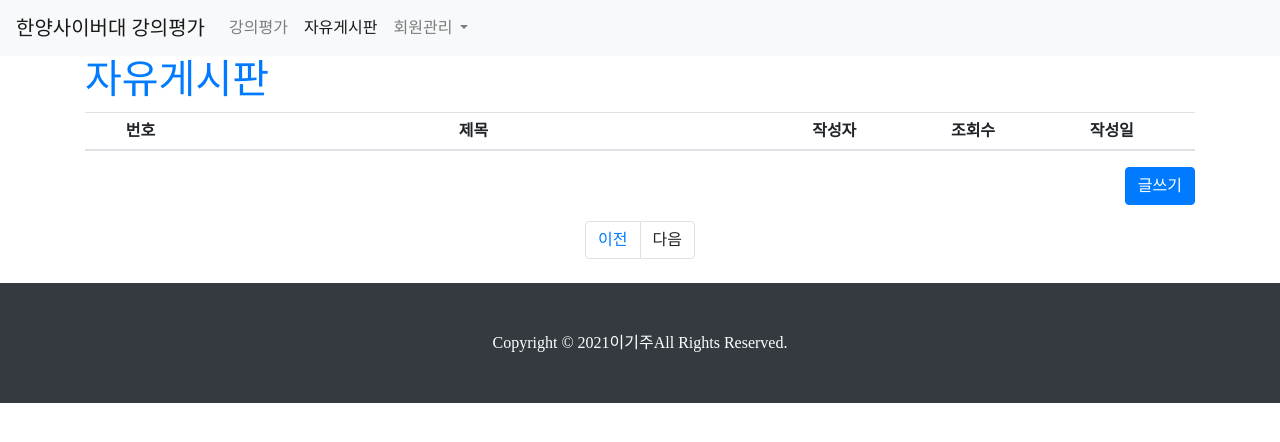
Repository: lkjjjang/hycu
Page: http://localhost/hycujjang/freeBoard.jsp
The author's editor kept a copy of each file at every save. The page is drawn from the files as they stood at one save, then again after the next save.
The browser window is 1280 px wide. The pictures show the whole page.
Some web fonts or font styles are not loaded; a fallback is used. The page is served by Tomcat 9. Nobody is signed in. The application's start-up code is not run. The template is opened directly, without the code that normally fills it, so the values that code supplies are empty.

Above is the page before, as saved 2022-01-02 07:15:28.

After the next save:
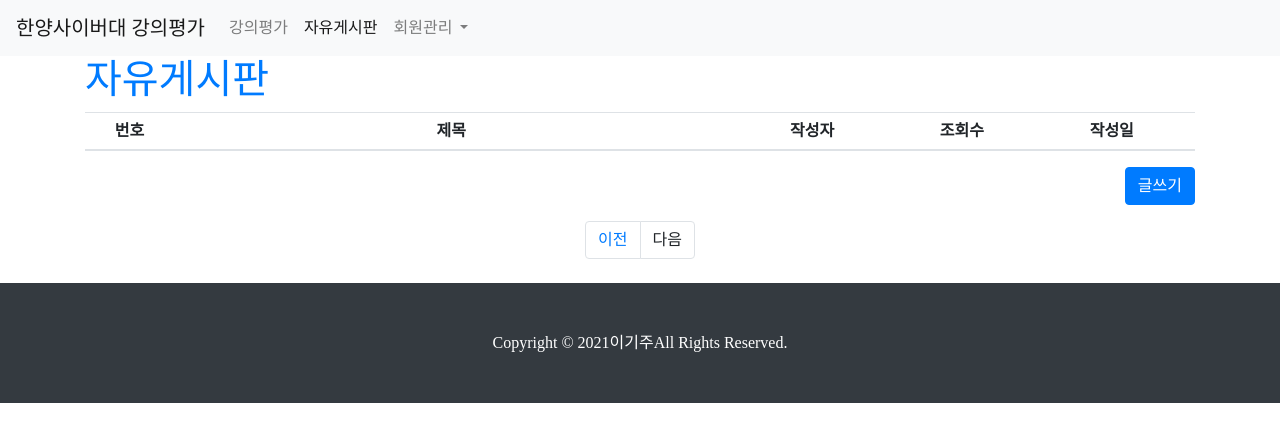
Saved 40 s later.
--- a/hycujjang/WebContent/freeBoard.jsp
+++ b/hycujjang/WebContent/freeBoard.jsp
@@ -53,10 +53,10 @@
   		</h1>
 			<table class="table table-hover">
 				<colgroup>
-					<col width="10%"/>
+					<col width="8%"/>
 					<col width="50%"/>
 					<col width="15%"/>
-					<col width="10%"/>
+					<col width="12%"/>
 					<col width="15%"/>
 				</colgroup>
 				<thead style="text-align: center;">
